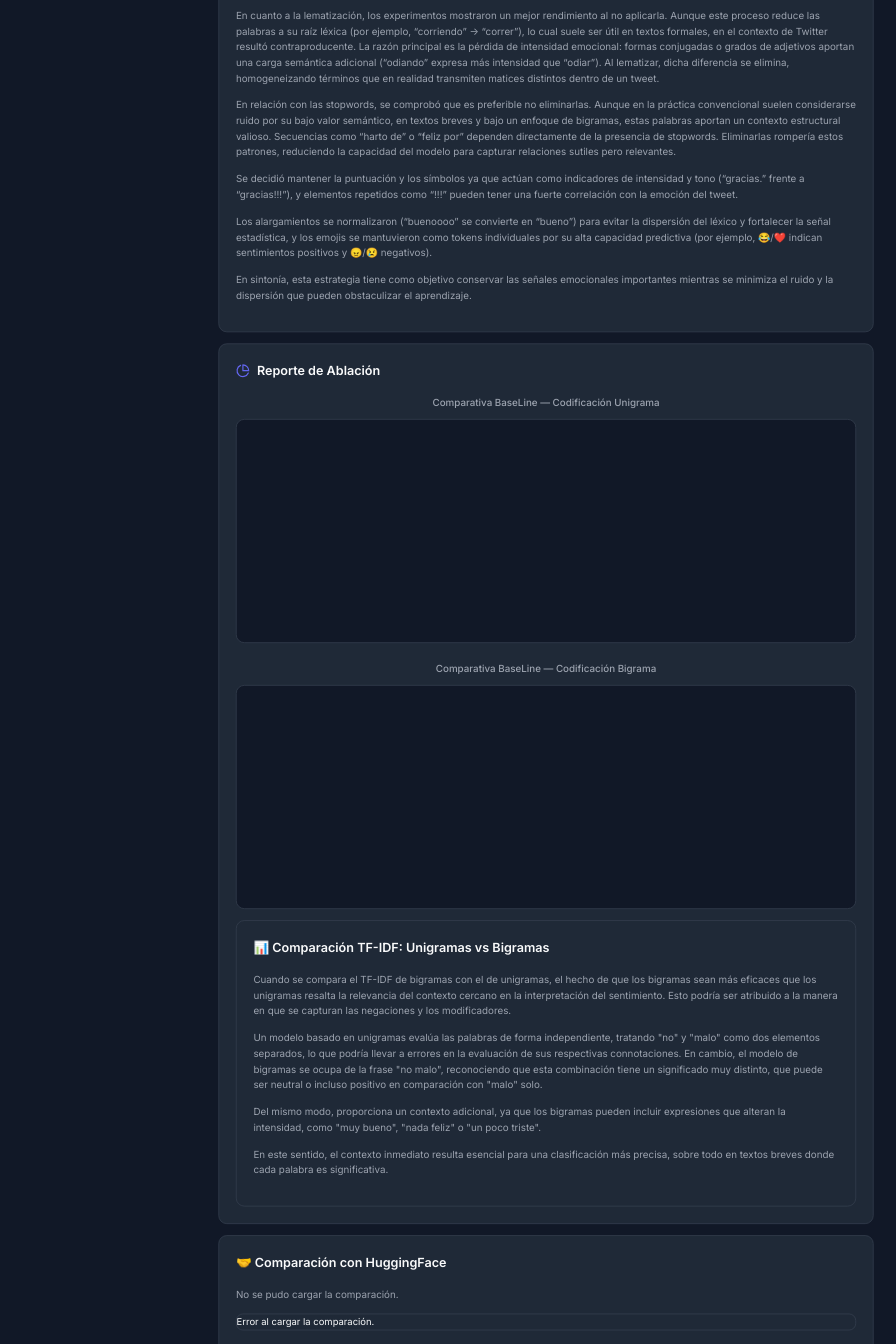
Repository: sergio285/NLP-Sentiment-analysis
Page: pagina/templates/index.html
The author's editor kept a record of every edit. The page is drawn from the files as they stood at one moment, then again after the next edit.
The browser window is 1280 px wide. The pictures show the part of the page from y = 1111 to 3031 px (the page is 3053 px tall before and 3120 px after), at 70% of full size.
A picture or video elsewhere on the page could not be fetched, so the positions and the page height are approximate. The page's requests for data from a server got no answer.

Above is the page before.

After the next edit:
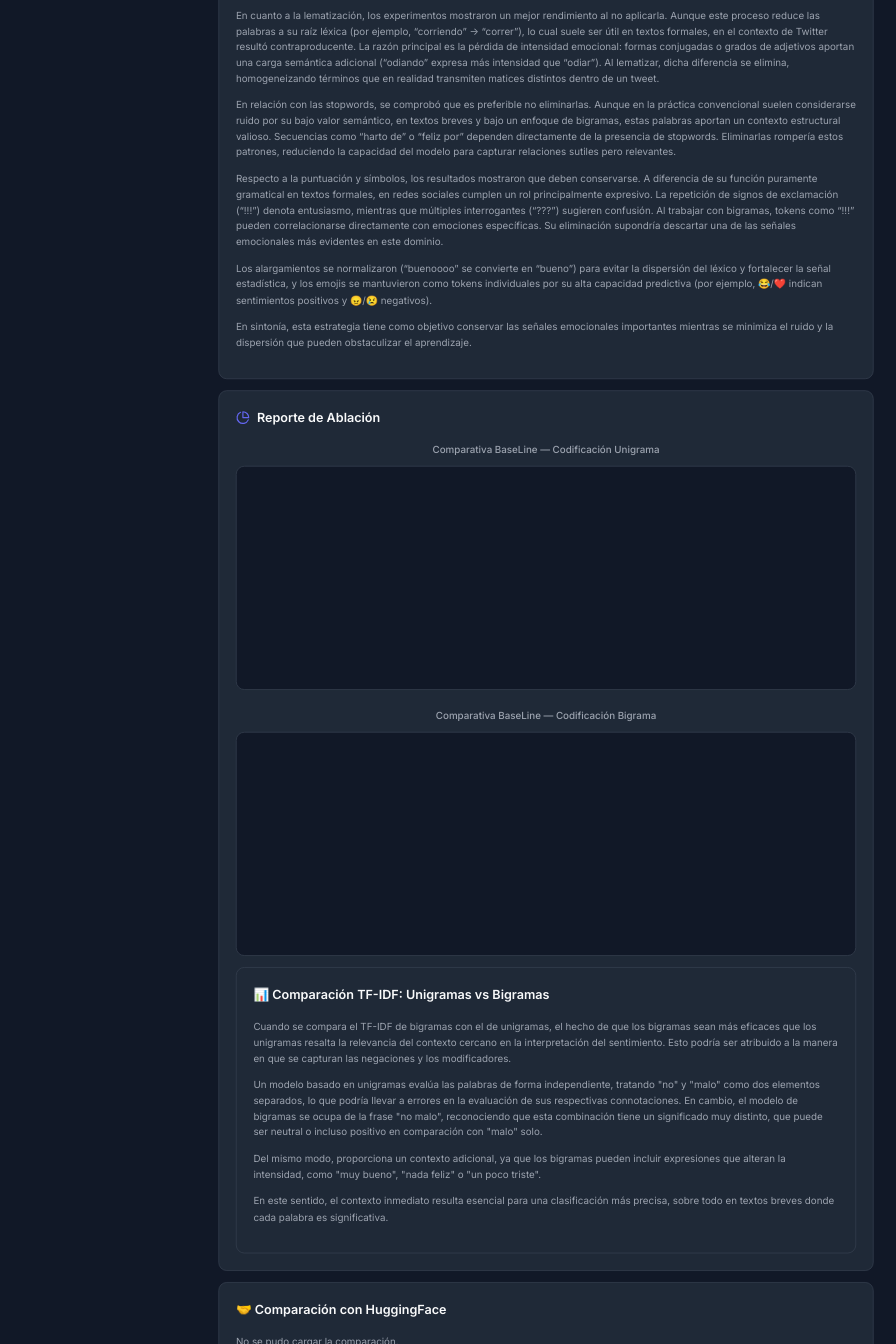
The edit:
--- a/pagina/templates/index.html
+++ b/pagina/templates/index.html
@@ -199,7 +199,7 @@
                         En relación con las stopwords, se comprobó que es preferible no eliminarlas. Aunque en la práctica convencional suelen considerarse ruido por su bajo valor semántico, en textos breves y bajo un enfoque de bigramas, estas palabras aportan un contexto estructural valioso. Secuencias como “harto de” o “feliz por” dependen directamente de la presencia de stopwords. Eliminarlas rompería estos patrones, reduciendo la capacidad del modelo para capturar relaciones sutiles pero relevantes.
                     </p>
                     <p class="card-subtitle">
-                        Se decidió mantener la puntuación y los símbolos ya que actúan como indicadores de intensidad y tono (“gracias.” frente a “gracias!!!”), y elementos repetidos como “!!!” pueden tener una fuerte correlación con la emoción del tweet.
+                        Respecto a la puntuación y símbolos, los resultados mostraron que deben conservarse. A diferencia de su función puramente gramatical en textos formales, en redes sociales cumplen un rol principalmente expresivo. La repetición de signos de exclamación (“!!!”) denota entusiasmo, mientras que múltiples interrogantes (“???”) sugieren confusión. Al trabajar con bigramas, tokens como “!!!” pueden correlacionarse directamente con emociones específicas. Su eliminación supondría descartar una de las señales emocionales más evidentes en este dominio.
                     </p>
                     <p class="card-subtitle">
                         Los alargamientos se normalizaron (“buenoooo” se convierte en “bueno”) para evitar la dispersión del léxico y fortalecer la señal estadística, y los emojis se mantuvieron como tokens individuales por su alta capacidad predictiva (por ejemplo, 😂/❤️ indican sentimientos positivos y 😠/😢 negativos).
